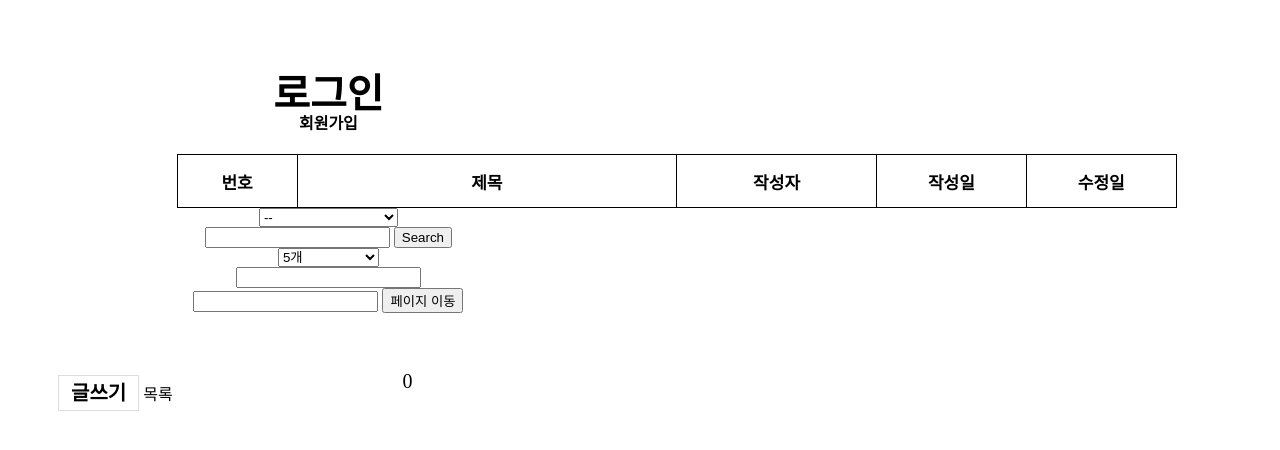
Repository: Shim-YoungDo/gaea-study
Page: http://localhost/study/WEB-INF/views/board/list.jsp
These files come from the project's save history. The page is drawn as it stood at one moment and after the next save; the edit follows.
The browser window is 1280 px wide. The pictures show the whole page.
The page is served by Tomcat 9. Nobody is signed in. The template is opened directly, without the code that normally fills it, so the values that code supplies are empty.

Above is the page before, as saved 2021-12-07 05:03:44.

After the next save:
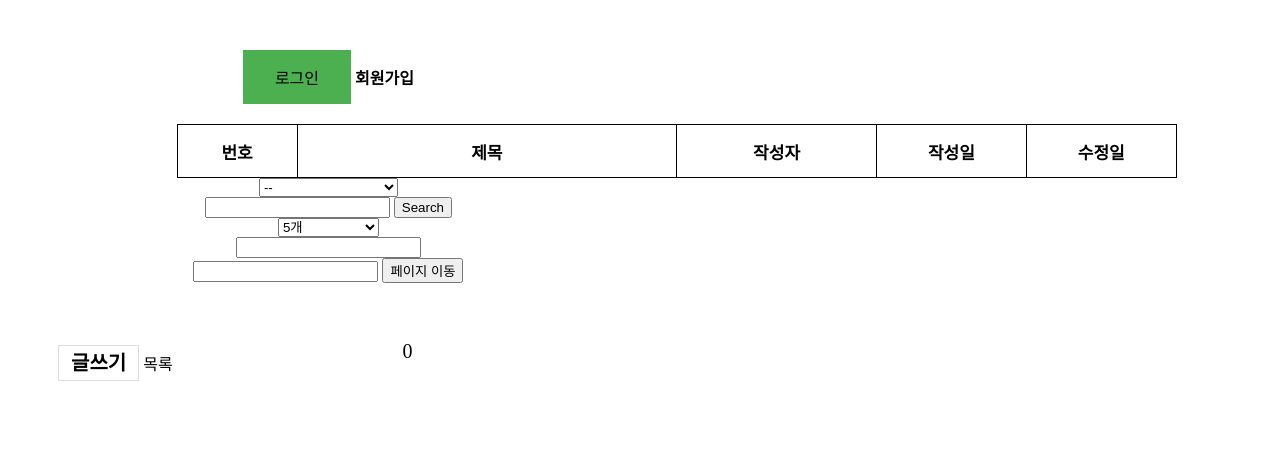
Saved 115 s later.
--- a/study/src/main/webapp/resources/css/board/list.css
+++ b/study/src/main/webapp/resources/css/board/list.css
@@ -60,14 +60,14 @@ a{
 	text-align:center;
 }
   .login_button{
-  	height:50%;
-	background-color:#fff;
-	margin-top:30px;
-	line-height:30px;
-	font-size:40px;
-	font-weight:900;
-	border-radius:10px;
-	cursor:pointer;
+  	background-color: #4CAF50; /* Green */
+    border: none;
+    color: white;
+    padding: 15px 32px;
+    text-align: center;
+    text-decoration: none;
+    display: inline-block;
+    font-size: 16px;
   }
   .login_area>span{
 	margin-top:10ox;
